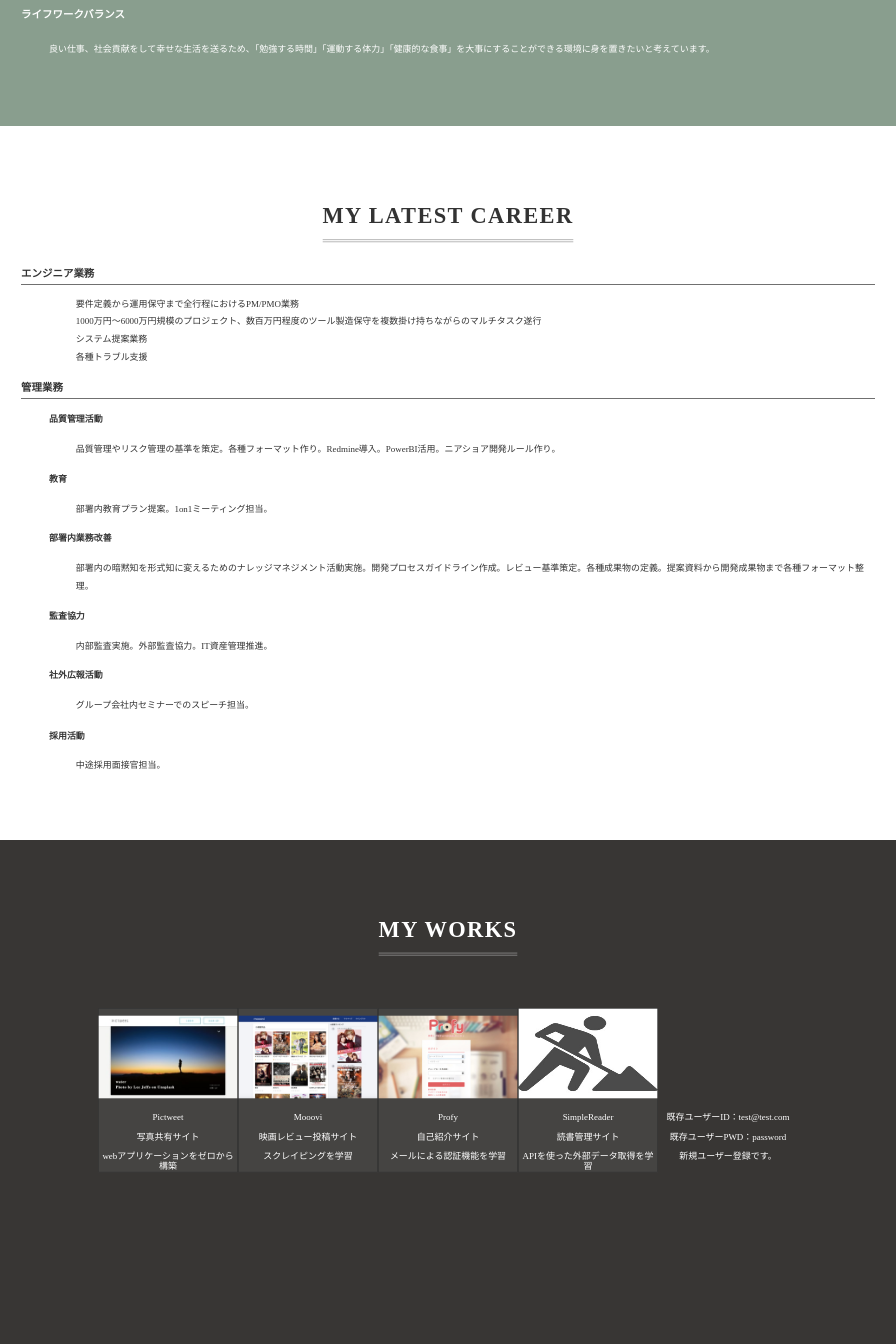
Repository: dackelteckel/myworks
Page: index.html
The author's editor kept a record of every edit. The page is drawn from the files as they stood at one moment, then again after the next edit.
The browser window is 1280 px wide. The pictures show the part of the page from y = 1240 to 3160 px (the page is 3160 px tall), at 70% of full size.
Backgrounds fixed to the window are drawn as part of the page.

Above is the page before.

### index.html
<!DOCTYPE html>
<html>

<head>
  <meta charset="UTF-8">
  <title>Who I am...</title>
  <link rel="stylesheet" href="normalize.css">
  <link rel="stylesheet" href="style.css">
  <link rel="stylesheet" href="responsive.css">

  <!--<script type="text/javascript" charset="UTF-8">-->
  <!--  $('#contact-form').submit(function(event){-->
      <!--//submit実行を止める-->
  <!--    event.preventDefault();-->
  <!--    var $form = $(this);-->
  <!--    var $button = $form.find('.send-btn');-->
  <!--    $.ajax({-->
  <!--      url:$form.attr('action'),-->
  <!--      type:$form.attr('method'),-->
  <!--      data: $form.serialize(),-->
        <!--//10秒でタイムアウト-->
  <!--      timeout:10000,-->
        <!--//重複送信を避けるためにボタンを無効化-->
  <!--      beforeSend: function(xhr, settings) {-->
  <!--          $button.attr('disabled', true);-->
  <!--      },-->
        <!--//完了後ボタンを押せるように-->
  <!--      complete: function(xhr, textStatus) {-->
  <!--          $button.attr('disabled', false);-->
  <!--      }-->
  <!--    }).done(function(data, textStatus, jqXHR){-->
        <!--// 成功時の処理-->
        <!--//フォームを初期化-->
  <!--      $form[0].reset();-->
  <!--      $(".contact-result").text(data);-->
  <!--      $(".contact-result").slideToggle(200);-->
  <!--      $(".contact-result").delay(3000).slideToggle(200);-->
  <!--    }).fail(function(jqXHR, textStatus, errorThrown){-->
        <!--失敗時の処理-->
  <!--      $(".contact-result").text("エラーが発生しました。ステータス：" + jqXHR.status);-->
  <!--      $(".contact-result").slideToggle(200);-->
  <!--      $(".contact-result").delay(3000).slideToggle(200);-->
  <!--    });-->
  <!--  });-->
  <!--</script>-->
</head>

<body>
  <header class="header">
    <p class="site-title-sub">----- my portfolio -----</p>
    <h1 class="site-title">Who I am...</h1>
    <p class="site-description">check out my career and some of my works.</p>
    <div class="buttons">
      <a class="button" href="#reasons">WHAT I'M LOOKING FOR</a>
      <a class="button" href="#career">LATEST CAREER</a>
      <a class="button" href="#works">MY WORKS</a>
      <!--<a class="button button-orange" href="#contact">SEND MESSAGE</a>-->
      <a class="button button-orange" href="mailto:nrkktok@gmail.com">Drop Me a LINE</a>
    </div>
  </header>

  <section class="reasons" id="reasons">
    <h2 class="heading">3 REASONS WHY I'M LOOKING FOR A NEW JOB</h2>
    <dev class="reasons-text">
      <h3>職場環境</h3>
      <ul>
        <li>同僚同士お互いを尊重し、協力しあうことができる健やかな組織で働きたいと考えています。</li>
      </ul>
      <h3>エンジニアとしての価値</h3>
      <ul>
        <li>
          長年PM業務に携わってきており、チームメンバーが成果を出すためのサポートをするPM業務にはやりがいを感じています。
        </li>
        <li>
          現職では金融機関で使われる小中規模システム開発を行っていますが、業務知識不要・レガシー技術メインのツール開発が殆どであることから、
          エンジニアとしてのキャリアを上げることが難しい環境で不安を感じています。
        </li>
        <li>
          「この不安を解消し、少しでもIT業務で価値ある存在でありたい」という気持ちと、
          「チームをリードする業務を行っている中でも現在に通用する技術・PG知識は必要」という考えから、
          2019年12月よりWebアプリケーション作りを行うスクールに通い始めました。
        </li>
        <li>
          成果物を<a href="#works">MY WORKS</a>で公開していますので、よろしければ御覧ください。
        </li>
        <li class="note">
          プログラマーとして転職することを考えている訳ではありませんが、
          Webアプリケーション開発における私のPG能力・知識レベルを知って頂く目安にはなると思います。
        </li>
      </ul>
      <h3>ライフワークバランス</h3>
      <ul>
        <li>良い仕事、社会貢献をして幸せな生活を送るため、「勉強する時間」「運動する体力」「健康的な食事」を大事にすることができる環境に身を置きたいと考えています。</li>
      </ul>
    </dev>
  </section>

  <section class="career" id="career">
    <h2 class="heading">MY LATEST CAREER</h2>
    <dev class="career-text">
      <h3>エンジニア業務</h3>
      <ul>
        <li>要件定義から運用保守まで全行程におけるPM/PMO業務</li>
        <li>1000万円〜6000万円規模のプロジェクト、数百万円程度のツール製造保守を複数掛け持ちながらのマルチタスク遂行</li>
        <Li>システム提案業務</Li>
        <Li>各種トラブル支援</Li>
      </ul>
      <h3>管理業務</h3>
      <ul>
        <h4>品質管理活動</h4>
        <li>品質管理やリスク管理の基準を策定。各種フォーマット作り。Redmine導入。PowerBI活用。ニアショア開発ルール作り。</li>
        <h4>教育</h4>
        <li>部署内教育プラン提案。1on1ミーティング担当。</li>
        <h4>部署内業務改善</h4>
        <li>部署内の暗黙知を形式知に変えるためのナレッジマネジメント活動実施。開発プロセスガイドライン作成。レビュー基準策定。各種成果物の定義。提案資料から開発成果物まで各種フォーマット整理。</li>
        <h4>監査協力</h4>
        <li>内部監査実施。外部監査協力。IT資産管理推進。</li>
        <h4>社外広報活動</h4>
        <li>グループ会社内セミナーでのスピーチ担当。</li>
        <h4>採用活動</h4>
        <li>中途採用面接官担当。</li>
      </ul>
    </dev>
  </section>

  <section class="works" id="works">
    <h2 class="heading">MY WORKS</h2>
    <div class="works-wrapper">
      <div class="work-box">
        <a href="https://dackelteckelpictweet.herokuapp.com/" target="_blank" rel="noopener noreferrer"><img class="work-image" src="images/pictweet.jpg"></a>
        <div class="work-description">
          <p>Pictweet<p>
          <p>写真共有サイト</p>
          <p>webアプリケーションをゼロから構築</p>
        </div>
      </div>

      <div class="work-box">
        <a href="https://dackelteckelmooovi.herokuapp.com/" target="_blank" rel="noopener noreferrer"><img class="work-image" src="images/mooovi.jpg"></a>
        <div class="work-description">
          <p>Mooovi<p>
          <p>映画レビュー投稿サイト</p>
          <p>スクレイピングを学習</p>
        </div>
      </div>

      <div class="work-box">
        <a href="https://dackelteckelprofy.herokuapp.com/" target="_blank" rel="noopener noreferrer"><img class="work-image" src="images/profy.jpg"></a>
        <div class="work-description">
          <p>Profy<p>
          <p>自己紹介サイト</p>
          <p>メールによる認証機能を学習</p>
        </div>
      </div>
      <div class="work-box">
        <img class="work-image" src="images/wip.jpg" height="128">
        <div class="work-description">
          <p>SimpleReader<p>
          <p>読書管理サイト</p>
          <p>APIを使った外部データ取得を学習</p>
        </div>
      </div>
      <p></p>既存ユーザーID：test@test.com
      <p></p>既存ユーザーPWD：password
      <p></p>新規ユーザー登録です。
    </div>
  </section>

  <!--<section class="contact" id="contact">-->
    <!--<h2 class="heading">DROP ME A LINE</h2>-->
    <!--<form class="contact-form" id="contact-form" action="contact.php" method="post">-->
    <!--  <input type="text" name="name" placeholder="NAME" required>-->
    <!--  <input type="email" name="email" placeholder="E-MAIL ADDRESS" required>-->
    <!--  <textarea name="message" placeholder="MESSAGE"></textarea>-->
    <!--  <textarea type="text" name="message" placeholder="MESSAGE" required></textarea>-->
    <!--  <input type="submit" value="SEND" class="send-btn" id="submit">-->
    <!--  <input type="submit" value="SEND" class="send-btn" id="submit">-->
    <!--</form>-->
  <!--</section>-->
</body>
</html>

### style.css
* {
  box-sizing: border-box;
  list-style: none;
}

body {
  color: #fff;
  text-align: center;
  font-size: 0.8rem;
  background: url('images/bg.jpg') fixed;
  background-size: cover;
}

.header {
  padding: 170px 30px 80px;
  /*height: 100vh;*/
  background-color: rgba(0, 0, 128, 0.8);
}

.site-title-sub {
  margin: 0 0 30px;
  color: #888;
  letter-spacing: 1px;
  font-size: 1.2rem;
}

.site-title {
  margin: 50px;
  font-size: 3.5rem;
}

.site-description {
  margin-bottom: 75px;
  color: #888;
  font-size: 1.2rem;
}

.buttons {
  display: flex;
  justify-content: center;
  padding-bottom: 50px
}

.button {
  width: 200px;
  padding: 20px;
  margin: 10px;
  border-radius: 4px;
  background-color: #afa58d;
  color: #fff;
  text-decoration: none;
  letter-spacing: 1px;
  font-size: 0.7rem;
}

.button:hover {
  opacity: 0.9;
}

.button-orange {
  background-color: #f1b400;
}

.heading {
  display: inline-block;
  margin: 30px 0 15px;
  padding-bottom: 15px;
  letter-spacing: 2px;
  font-size: 2rem;
  border-bottom: double 4px #999;
}

.reasons {
  /*height: 100vh;*/
  /*background-color: #383634;*/
  background-color: rgb(137, 158, 142);
  padding: 80px 30px;
  /*color: #333;  */
}

.reasons-text {
  text-align: left;
  width: 600px;
  margin: 30px auto;
  line-height: 2.5;
}

.reason-text h3 {
  padding-top: 20px;
}

/*.note:before {*/
/*  content: "*";*/
/*}*/

.career {
  /*height: 100vh;*/
  background-color: #ffffff;
  padding: 80px 30px;
  color: #333;
}

.career-text {
  text-align: left;
  width: 600px;
  margin: 30px auto;
  line-height: 2;
}

.career-text h3 {
  border-bottom: 1px solid #333;
}

.career-text li {
  padding-left: 3em;
}

.works {
  height: 100vh;
  background-color: #383634;
  padding: 80px 0 10px;
}

.works-wrapper {
  display: table;
  /*width: 860px;*/
  width: 1000px;
  margin: 60px auto 0;
  table-layout: fixed;
}

.work-box {
  display: table-cell;
  background-color: rgba(100, 100, 100, 0.3);
  border: 1px solid #333;
}

.work-image {
  display: block;
  width: 100%;
}

.work-description {
  margin: 20px 0;
  height: 65px;
}

.work-description .button {
  width: 60%;
  margin-top: 20px;
  padding: 3px;
  display: inline-block;
}

.button-ghost {
  border: 2px solid #fff;
  background-color: rgba(255, 255, 255, 0.15);
}

.contact {
  height: 100vh;
  background-color: rgba(0, 0, 128, 0.8);
  padding: 80px 0 150px;
}


.contact-form {
  width: 50%;
  margin: 50px auto 0;
}

.contact-form input[type=text], .contact-form input[type=email], .contact-form textarea {
  display: block;
  width: 100%;
  margin-bottom: 10px;
  padding: 15px;
  outline: none;
  border: 1px solid rgba(255, 255, 255, 0.8);
  border-radius: 0;
  color: #333;
}

.contact-form textarea {
  height: 150px;
}

.contact-form input[type=submit] {
  display: block;
  width: 200px;
  margin: 40px auto 0;
  padding: 15px;
  border: 1px solid rgba(255, 255, 255, 0.8);
  border-radius: 5px;
  background-color: transparent;
  color: #fff;
  cursor: pointer;
}

.contact-form input[type=submit]:hover {
  background-color: rgba(255, 255, 255, 0.05);
}

Loaded but not shown: normalize.css (library); responsive.css (no copy from this time; the picture is the same without it)

After the next edit:
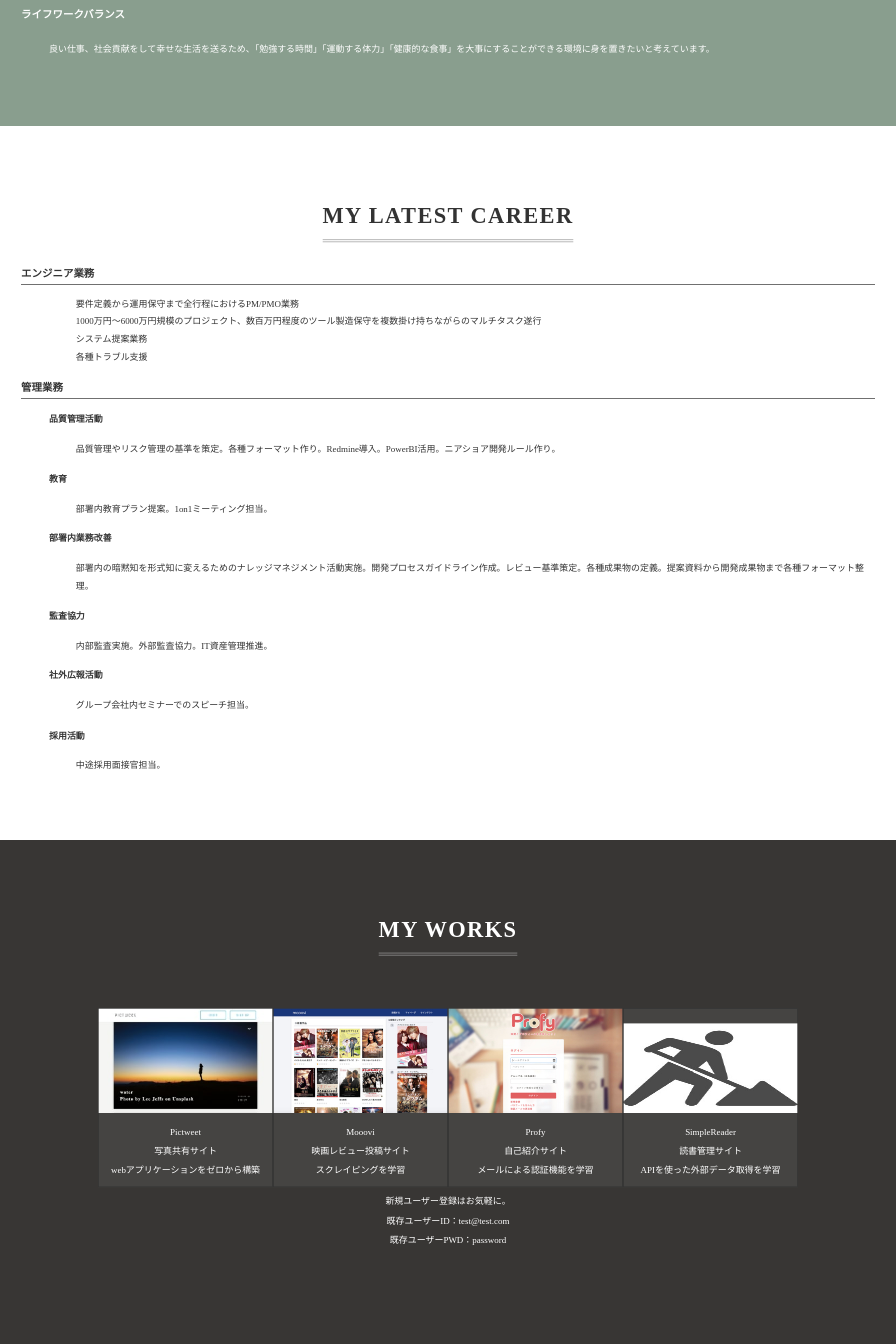
The edit:
--- a/index.html
+++ b/index.html
@@ -160,10 +160,10 @@
           <p>APIを使った外部データ取得を学習</p>
         </div>
       </div>
-      <p></p>既存ユーザーID：test@test.com
-      <p></p>既存ユーザーPWD：password
-      <p></p>新規ユーザー登録です。
     </div>
+    <p>新規ユーザー登録はお気軽に。</p>
+    <p>既存ユーザーID：test@test.com</p>
+    <p>既存ユーザーPWD：password</p>
   </section>
 
   <!--<section class="contact" id="contact">-->
